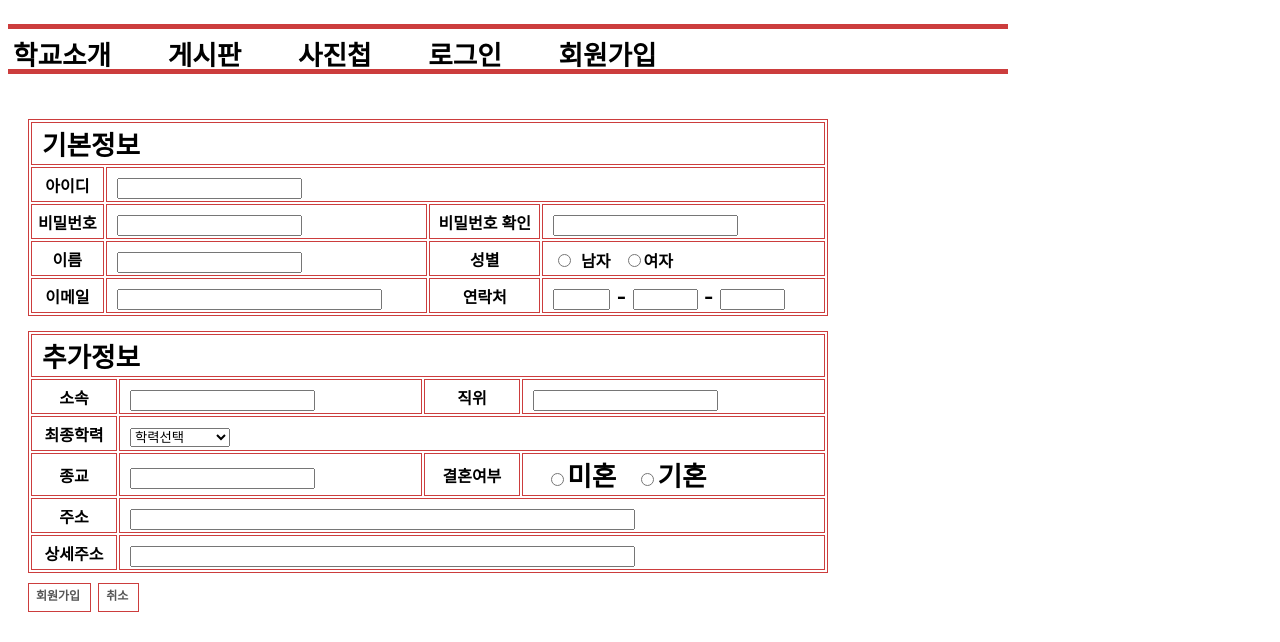
Repository: asaf0813/aisw
Page: java/이클립스/workspace/html/htmltest/WebContent/member/join.html
The author's editor kept a copy of each file at every save. The page is drawn from the files as they stood at one save, then again after the next save.
The browser window is 1280 px wide. The pictures show the part of the page from y = 158 to 800 px (the page is 800 px tall before and 792 px after).

Above is the page before, as saved 2019-10-03 10:54:07.

After the next save:
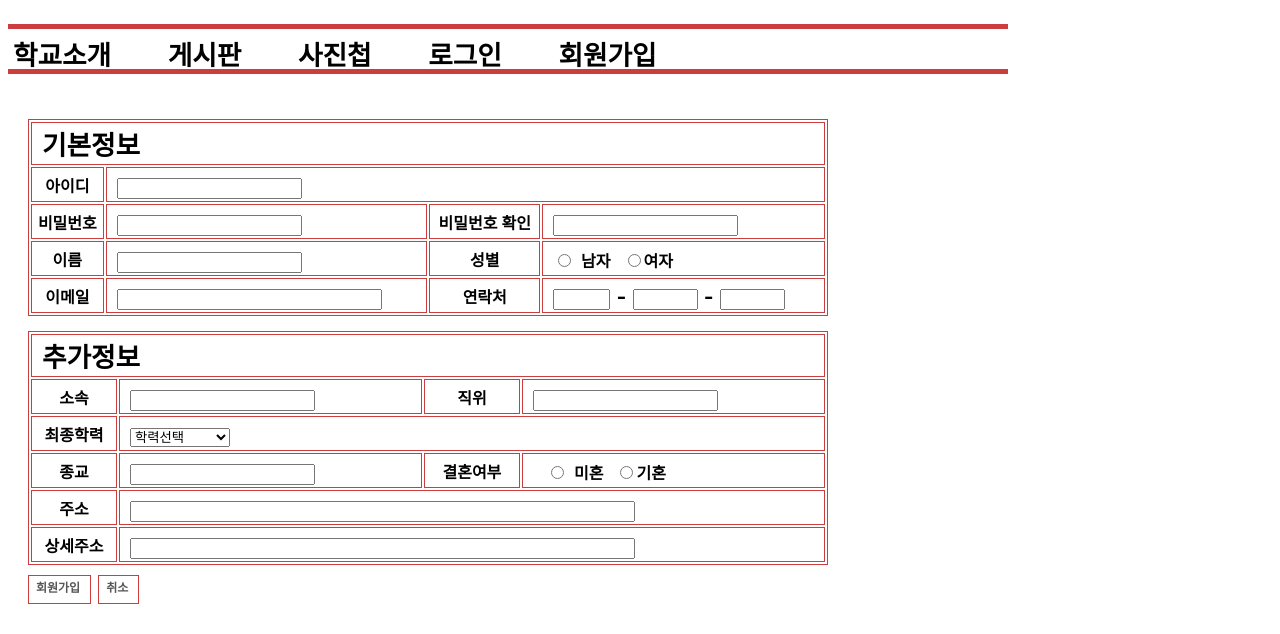
Saved 54 s later.
--- a/java/이클립스/workspace/html/htmltest/WebContent/member/join.html
+++ b/java/이클립스/workspace/html/htmltest/WebContent/member/join.html
@@ -168,8 +168,9 @@
 							<td><input name="religion" id="religion" title="종교" type="text" size="20" value="" maxlength="60" /></td>
 							<th>결혼여부</th>
 							<td>
-								&nbsp;&nbsp;<input type="radio" name="marry" value="미혼">미혼
-								&nbsp;&nbsp;<input type="radio" name="marry" value="기혼">기혼
+								&nbsp;&nbsp;<input type="radio" name="marry" value="미혼">
+								<span style="font-size:12pt; font-weight:n;">미혼</style>
+								&nbsp;&nbsp;<input type="radio" name="marry" value="기혼">기혼</span>
 							</td>
 						</tr>
 						<tr>
